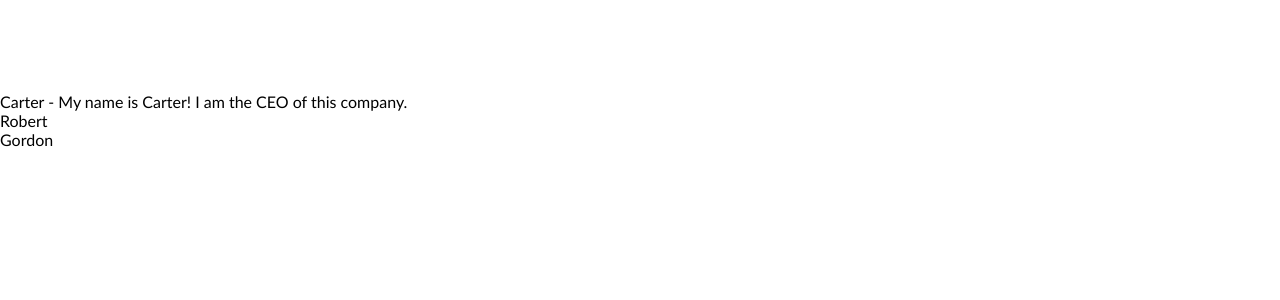
Repository: cartervandekamp/class03-styled-2109
Page: /about
An editor plug-in stored every save of this project. The page is shown before and after the next save, followed by the edit.
The browser window is 1280 px wide. The pictures show the whole page.
The project was rebuilt for these pictures with package versions that can differ from the ones it lists, and the page was loaded fresh each time. The framework's server and built-in components were replaced by stand-ins that run in the browser. Also part of the build but not shown: next.config.js.

Above is the page before, as saved 2023-01-24 17:10:41.

### pages/about.js

import styles from "../styles/About.module.css";
import { useState } from "react";
import data from "../data/ourTeam.json";
import Text from "../components/Text/index";
import Link from "next/link";


export default function About() {
    const [information, setInformation] = useState([...data]);


        return (

    <div className={styles.main}>
            <div className={styles.title}>
        <>About Our Team</>
        </div>
        <div className={styles.name}>
        {information &&
          information.map((info, index) => {
            if (info.role.toLowerCase() === "team member") {
              return <Text key={index} name={info.name} />;
            }
          })}
        </div>
    </div>
    )
}

### styles/globals.css
html,
body {
  padding: 0;
  margin: 0;
  font-family: 'Gill Sans', 'Gill Sans MT', Calibri, 'Trebuchet MS', sans-serif;
}

a {
  color: inherit;
  text-decoration: none;
}

* {
  box-sizing: border-box;
}

@media (prefers-color-scheme: dark) {
  html {
    color-scheme: dark;
  }
  body {
    color: white;
    background: rgb(246, 141, 141);
  }
}

### styles/About.module.css
.title {
    color: #ffffff;
    text-align: center;
    font-style: oblique;
    font-weight: bolder;
    font-size: 60px;
    margin-top: 20px;
}

### data/ourTeam.json
[
    {
        "name": "Carter - My name is Carter! I am the CEO of this company.",
        "role": "Team Member"
    },

    {
        "name": "Robert",
        "role": "Team Member",
        "about": "My name is Robert! I am the Head of Business at this company."
    },

    {
        "name": "Gordon",
        "role": "Team Member",
        "about": "My name is Gordon! I am the Head of Computing at this company."
    }
]

### components/Text/index.js
import styles from "./Text.module.css";

export default function Text ({ name = "none" }) {
    return (
        <div className={styles.main}>
          <div className={styles.data}>{name}</div>
        </div>
      );
    }

Loaded but not shown: pages/_app.js (common file); components/Text/Text.module.css (no stored copy; drawn as an empty file)

After the next save:
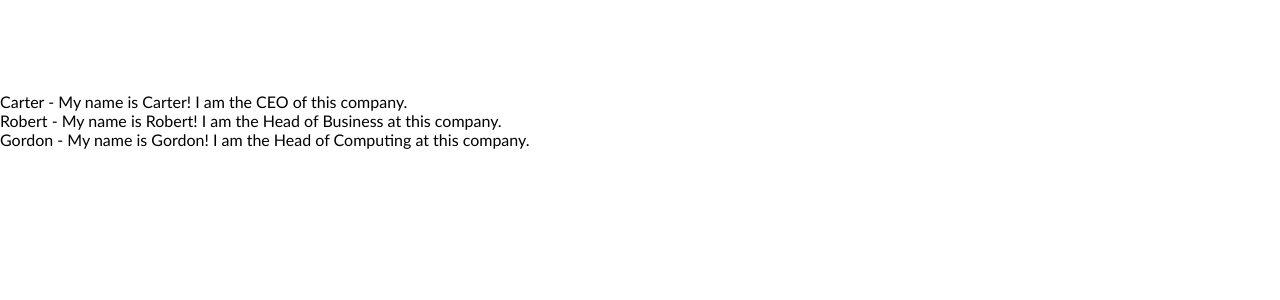
Saved 49 s later.
--- a/data/ourTeam.json
+++ b/data/ourTeam.json
@@ -5,14 +5,12 @@
     },
 
     {
-        "name": "Robert",
-        "role": "Team Member",
-        "about": "My name is Robert! I am the Head of Business at this company."
+        "name": "Robert - My name is Robert! I am the Head of Business at this company.",
+        "role": "Team Member"
     },
 
     {
-        "name": "Gordon",
-        "role": "Team Member",
-        "about": "My name is Gordon! I am the Head of Computing at this company."
+        "name": "Gordon - My name is Gordon! I am the Head of Computing at this company.",
+        "role": "Team Member"
     }
 ]
